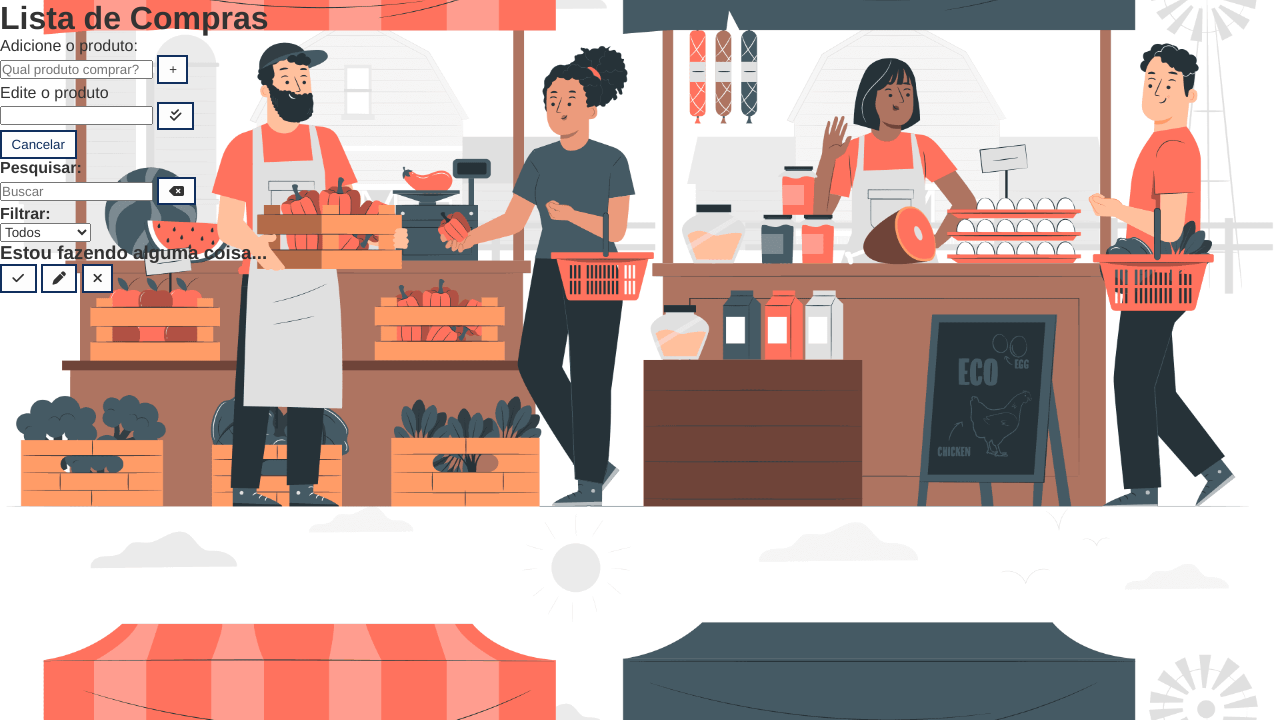
Repository: Dkrvalho/mercado
Page: index.html
An editor plug-in stored every save of this project. The page is shown before and after a run of saves, followed by the edit.
The browser window is 1280 px wide. The pictures show the whole page.

Above is the page before, as saved 2023-01-09 12:40:36.

After the next 8 saves:
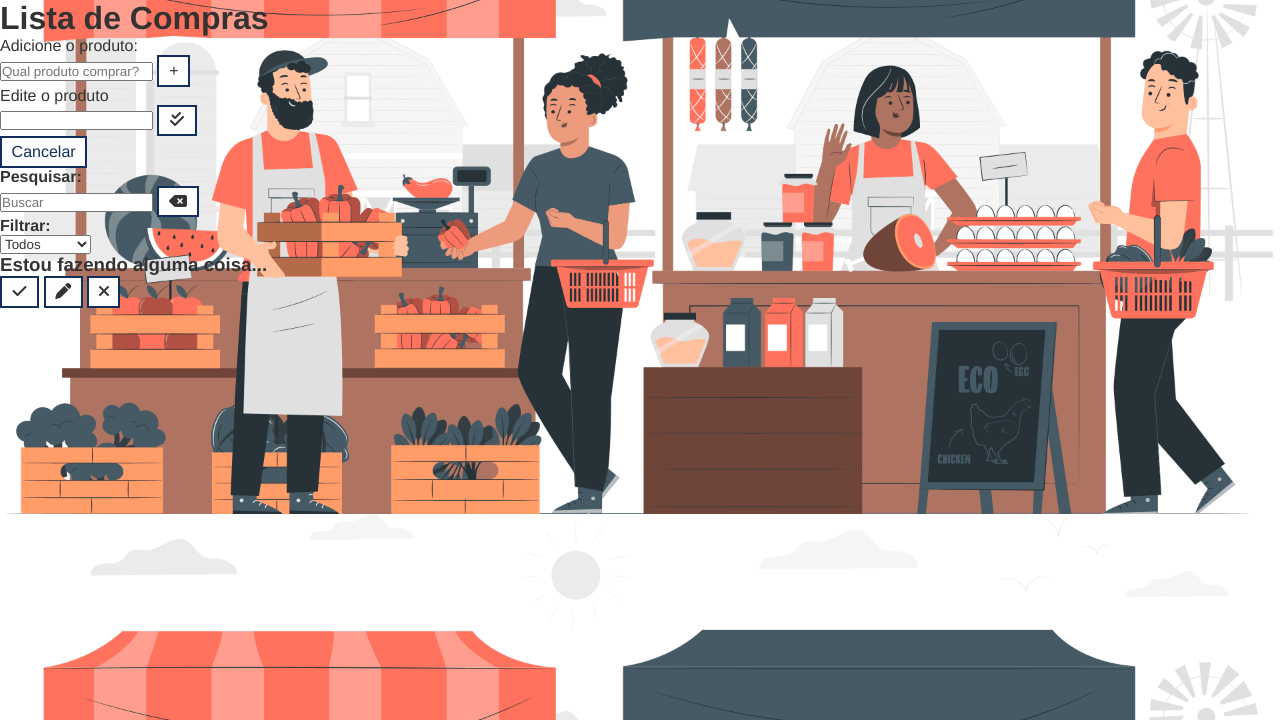
The 8 saves are shown as one change because they came seconds apart.
The last was saved 17 s later.
--- a/css/style.css
+++ b/css/style.css
@@ -18,4 +18,6 @@ button {
     color: #102f5e;
     border: 2px solid #102f5e;
     padding: .3rem .6rem;
+    font-size: 1rem;
+    cursor: pointer;
 }
